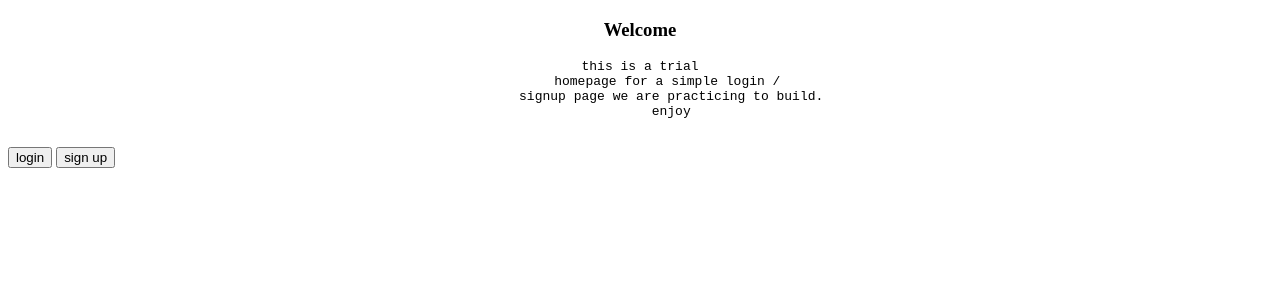
Repository: yhung004/TUTORIAL_PAGE
Page: home.html
The author's editor kept a copy of each file at every save. The page is drawn from the files as they stood at one save, then again after the next save.
The browser window is 1280 px wide. The pictures show the whole page.

Above is the page before, as saved 2024-04-09 23:47:20.

### home.html
<!DOCTYPE html>
<html lang="en">
<head>
    <meta charset="UTF-8">
    <meta name="viewport" content="width=device-width, initial-scale=1.0">
    <title>Document</title>
    <link rel="stylesheet" href="main.css">
</head>
<body>
    <h3 class="welcome">Welcome</h3>
    <pre class="welcome_text">this is a trial
        homepage for a simple login /
        signup page we are practicing to build.
        enjoy
    </pre>
    <div class="buttons">
        <input type="button" value="login" class="button_a">
        <input type="button" value="sign up" class="button_b">
    </div>
</body>
</html>

### main.css
.welcome{
    text-align: center;
}
.welcome_text {
    text-align:center;
}
.buttons {
    margin: auto;
}

After the next save:
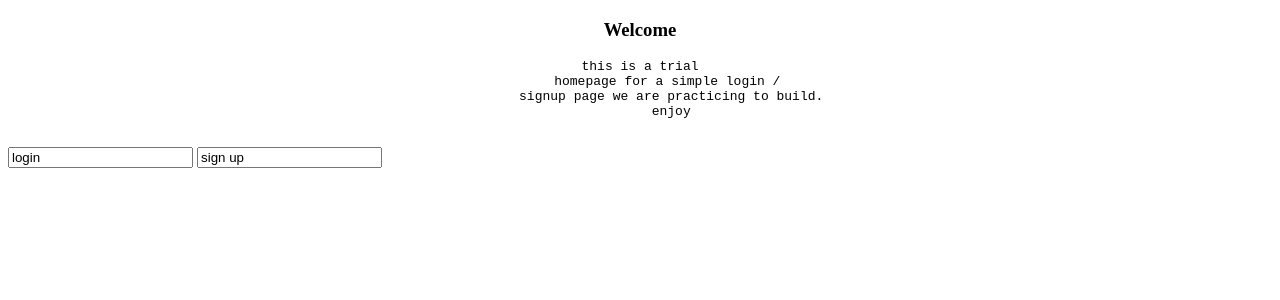
Saved 38 s later.
--- a/home.html
+++ b/home.html
@@ -14,8 +14,8 @@
         enjoy
     </pre>
     <div class="buttons">
-        <input type="button" value="login" class="button_a">
-        <input type="button" value="sign up" class="button_b">
+        <input type="button_a" value="login" class="button_a">
+        <input type="button_b" value="sign up" class="button_b">
     </div>
 </body>
 </html>

After the 3 saves that followed:
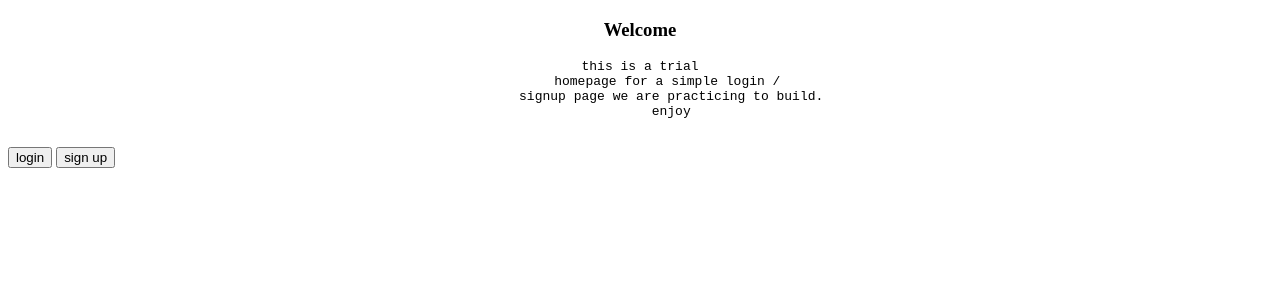
The 3 saves are shown as one change because 2 left the picture as it was.
The last was saved 41 s later.
--- a/home.html
+++ b/home.html
@@ -14,8 +14,8 @@
         enjoy
     </pre>
     <div class="buttons">
-        <input type="button_a" value="login" class="button_a">
-        <input type="button_b" value="sign up" class="button_b">
+        <input type="button" value="login" class="button_a">
+        <input type="button" value="sign up" class="button_b">
     </div>
 </body>
 </html>
--- a/main.css
+++ b/main.css
@@ -4,6 +4,3 @@
 .welcome_text {
     text-align:center;
 }
-.buttons {
-    margin: auto;
-}
